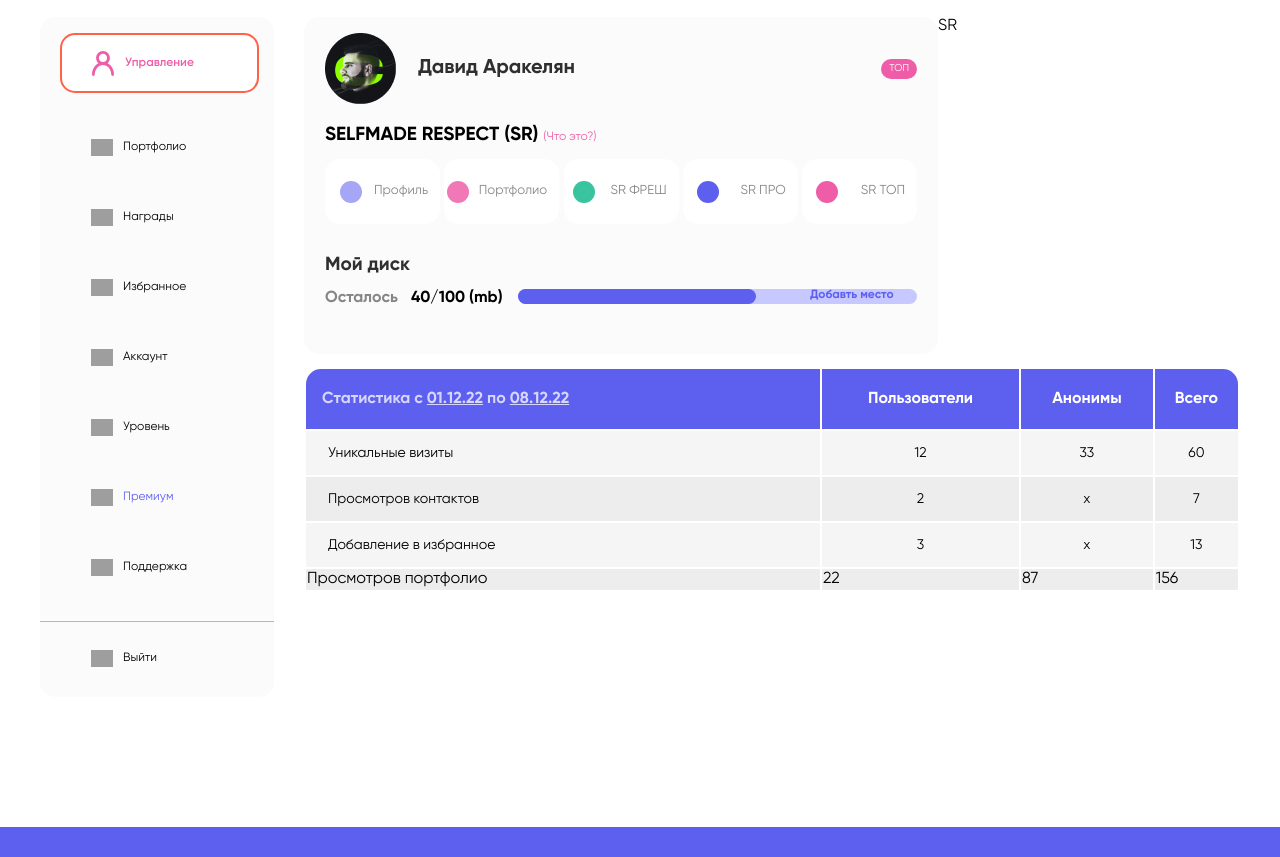
Repository: alexboagreek/selfmade
Page: index.html
An editor plug-in stored every save of this project. The page is shown before and after the next save, followed by the edit.
The browser window is 1280 px wide. The pictures show the part of the page from y = 353 to 1210 px (the page is 1719 px tall).
Pictures or frames that could not be fetched are drawn as grey boxes. A picture or video elsewhere on the page could not be fetched, so the positions and the page height are approximate.

Above is the page before, as saved 2022-12-13 16:22:08.

### index.html
<!DOCTYPE html>
<html lang="ru">
<head>
    <meta charset="UTF-8">
    <meta http-equiv="X-UA-Compatible" content="IE=edge">
    <meta name="viewport" content="width=device-width, initial-scale=1.0">
    <link rel="stylesheet" href="css/style.css">
    <link rel="icon" type="image/png" sizes="64x64" href="assets/icons/favicon.png">
    <link rel="icon" type="image/png" sizes="48x48" href="assets/icons/favicon_48.png">
    <title>Selfmade</title>
</head>
<body>
    <header class="header">
        <div class="header__container">
            <h1 class="visually-hidden">Selfmade...</h1>
            <div class="header__box">
                <div class="header__logo">
                    <a href="/"><img src="./assets/icons/header_logo.svg" alt="Логотип Selfmade"></a>
                </div>
                <div class="header__login">
                    <div class="header__alarm">
                        <img class="header__alarm_icon" src="assets/icons/bell.svg" alt="authorization bell">
                    </div>
                    <p class="user__name">Аракелян Д.</p>
                    <div class="user__login">
                        <img src="assets/icons/user_icon.svg" alt="user icon">
                    </div>
                </div>

            </div>

        </div>
    </header>

    <main class="main main__container">
        <div class="sidebar">
            <ul class="menu__list">
                <li class="menu__list_item menu__list_item_fix">
                    <button class="menu__list_button menu__button_control control__text">Управление</button>
                </li>
                <li class="menu__list_item list_item_fix">
                    <button class="menu__list_button menu__button_portfolio">Портфолио</button>
                </li>
                <li class="menu__list_item list_item_fix">
                    <button class="menu__list_button menu__button_star">Награды</button>
                </li>
                <li class="menu__list_item list_item_fix">
                    <button class="menu__list_button menu__button_like">Избранное</button>
                </li>
                <li class="menu__list_item list_item_fix">
                    <button class="menu__list_button menu__button_settings">Аккаунт</button>
                </li>
                <li class="menu__list_item list_item_fix">
                    <button class="menu__list_button menu__button_level">Уровень</button>
                </li>
                <li class="menu__list_item list_item_fix">
                    <button class="menu__list_button menu__button_premium menu__button_active">Премиум</button>
                </li>
                <li class="menu__list_item item__border list_item_fix">
                    <button class="menu__list_button menu__button_helper">Поддержка</button>
                </li>
                <li class="menu__list_item list_item_fix menu__line">
                    <button class="menu__list_button menu__button_exit">Выйти</button>
                </li>
            </ul>
        </div>
        <div class="content">
            <section class="interface">
                <div class="interface__box">
                    <div class="interface__box_header interface__line">
                        <div class="user__info">
                            <img src="assets/img/interface.png" alt="Логотип интерфейса юзера | user interface logo" class="interface__img">
                            <p class="interface__text">Давид Аракелян</p>
                        </div>
                        <div class="interface__rating">Топ</div>
                    </div>
                    <div class="selfmade__respect">
                        <h2 class="selfmade__respect_title">SELFMADE RESPECT (SR) <span class="selfmade__span">(Что это?)</span></h2>
                        <ul class="selfmade__list">
                            <li class="selfmade__list_item"><span class="selfmade__profile"></span><span class="list__text">Профиль</span></li>
                            <li class="selfmade__list_item"><span class="selfmade__portfolio"></span>Портфолио</li>
                            <li class="selfmade__list_item"><span class="selfmade__fresh"></span>SR ФРЕШ</li>
                            <li class="selfmade__list_item"><span class="selfmade__pro"></span>SR ПРО</li>
                            <li class="selfmade__list_item"><span class="selfmade__top"></span>SR ТОП</li>
                        </ul>
                    </div>
                    <div class="selfmade__disk">
                        <h3 class="selfmade__disk_title">Мой диск</h3>
                        <div class="selfmade__disk_progress">
                            <p class="selfmade__disk_text">Осталось</p>
                            <p class="selfmade__disk_value">40/100 (mb)</p>
                            <div class="progress__bar">
                                <div class="progress__cover_bar"><span class="progress__bar_text">Добавть место</span></div>
                            </div>
                        </div>
                    </div>
                </div>
                <div class="interface__respect">SR</div>
            </section>
            <section class="table">
                <table class="table__body">
                    <thead>
                      <tr>
                        <th class="table__head">Статистика с <span class="table__date">01.12.22</span> по <span class="table__date">08.12.22</span></th>
                        <th class="table__text">Пользователи</th>
                        <th class="table__text">Анонимы</th>
                        <th class="table__text table__left">Всего</th>
                      </tr>
                    </thead>
                    <tbody>
                      <tr class="table__first">
                        <td class="table__first_row">Уникальные визиты</td>
                        <td class="first__row_text">12</td>
                        <td class="first__row_text">33</td>
                        <td class="first__row_text">60</td>
                      </tr>
                      <tr class="table__second">
                        <td class="table__second_row">Просмотров контактов</td>
                        <td class="first__row_text">2</td>
                        <td class="first__row_text">x</td>
                        <td class="first__row_text">7</td>
                      </tr>
                      <tr class="table__first">
                        <td class="table__first_row">Добавление в избранное</td>
                        <td class="first__row_text">3</td>
                        <td class="first__row_text">x</td>
                        <td class="first__row_text">13</td>
                      </tr>
                      <tr  class="table__second">
                        <td>Просмотров портфолио</td>
                        <td>22</td>
                        <td>87</td>
                        <td>156</td>
                      </tr>
                    </tbody>
                  </table>
            </section>
        </div>
    </main>

  <footer class="footer">
    <div class="footer__container">
        <div class="footer__box">
            <img src="./assets/icons/footer_logo.svg" alt="Логотип Selfmade">
            <div class="footer__social">
                <ul class="footer__social_list">
                    <li class="footer__social_list_item">
                        <svg width="15" height="14" viewbox="0 0 15 14" fill="none" xmlns="http://www.w3.org/2000/svg">
                            <path d="M0.911243 6.87875L4.18677 8.10128L5.45459 12.1786C5.53572 12.4397 5.85504 12.5363 6.067 12.363L7.89283 10.8745C8.08421 10.7186 8.35682 10.7108 8.55683 10.856L11.85 13.2469C12.0767 13.4117 12.3979 13.2875 12.4548 13.0135L14.8672 1.40935C14.9293 1.11007 14.6352 0.860402 14.3502 0.970619L0.907405 6.15646C0.575664 6.2844 0.578554 6.75408 0.911243 6.87875ZM5.25027 7.4505L11.6519 3.50775C11.7669 3.43709 11.8853 3.59266 11.7865 3.6843L6.50332 8.59526C6.31761 8.76813 6.19783 8.99946 6.1639 9.25055L5.98393 10.5842C5.9601 10.7623 5.70995 10.78 5.66081 10.6077L4.96866 8.17563C4.88939 7.89823 5.00491 7.60194 5.25027 7.4505Z" fill="#5D5FEF"/>
                        </svg>
                    </li>
                    <li class="footer__social_list_item">
                        <svg width="15" height="15" viewbox="0 0 15 15" fill="none" xmlns="http://www.w3.org/2000/svg">
                            <path fill-rule="evenodd" clip-rule="evenodd" d="M4.90509 0.6828C2.54568 0.6828 0.632996 2.59548 0.632996 4.9549V10.295C0.632996 12.6544 2.54568 14.5671 4.90509 14.5671H10.2452C12.6046 14.5671 14.5173 12.6544 14.5173 10.295V4.9549C14.5173 2.59548 12.6046 0.6828 10.2452 0.6828H4.90509ZM7.57515 3.88687C5.51067 3.88687 3.83707 5.56047 3.83707 7.62496C3.83707 9.68944 5.51067 11.363 7.57515 11.363C9.63964 11.363 11.3132 9.68944 11.3132 7.62496C11.3132 5.56047 9.63964 3.88687 7.57515 3.88687ZM11.5421 4.64975C12.0898 4.64975 12.5338 4.20573 12.5338 3.65801C12.5338 3.11029 12.0898 2.66627 11.5421 2.66627C10.9944 2.66627 10.5504 3.11029 10.5504 3.65801C10.5504 4.20573 10.9944 4.64975 11.5421 4.64975Z" fill="#5D5FEF"/>
                        </svg>
                    </li>
                    <li class="footer__social_list_item">
                        <svg width="16" height="9" viewbox="0 0 16 9" fill="none" xmlns="http://www.w3.org/2000/svg">
                            <path d="M12.9479 4.91454C12.7006 4.61918 12.7714 4.48778 12.9479 4.22376C12.9511 4.22075 14.9925 1.55289 15.2028 0.648132L15.2041 0.647529C15.3086 0.317814 15.2041 0.0755005 14.6987 0.0755005H13.0263C12.6006 0.0755005 12.4043 0.283456 12.2991 0.516125C12.2991 0.516125 11.4477 2.44378 10.2431 3.69332C9.85434 4.05438 9.67462 4.17012 9.46239 4.17012C9.35787 4.17012 9.19535 4.05438 9.19535 3.72467V0.647529C9.19535 0.252112 9.07617 0.0755005 8.72373 0.0755005H6.09412C5.82709 0.0755005 5.66839 0.259948 5.66839 0.431737C5.66839 0.80666 6.27066 0.892856 6.33312 1.9477V4.23642C6.33312 4.73792 6.23689 4.83015 6.02338 4.83015C5.45489 4.83015 4.07508 2.89465 3.25739 0.679476C3.09232 0.249701 2.93108 0.0761032 2.50216 0.0761032H0.829178C0.351821 0.0761032 0.255585 0.284059 0.255585 0.516728C0.255585 0.927817 0.824079 2.97181 2.89921 5.67222C4.28221 7.51549 6.22988 8.51428 8.00164 8.51428C9.06661 8.51428 9.19663 8.29246 9.19663 7.91091C9.19663 6.14961 9.10039 5.98325 9.63383 5.98325C9.88111 5.98325 10.3068 6.09898 11.3011 6.98806C12.4374 8.04231 12.6242 8.51428 13.2602 8.51428H14.9326C15.4093 8.51428 15.6508 8.29246 15.5119 7.85485C15.1939 6.93442 13.0448 5.04112 12.9479 4.91454V4.91454Z" fill="#5D5FEF"/>
                        </svg>
                    </li>
                    <li class="footer__social_list_item">
                        <svg width="7" height="14" viewbox="0 0 7 14" fill="none" xmlns="http://www.w3.org/2000/svg">
                            <path d="M5.1126 2.93661H6.8285V0.446777H4.81141V0.455757C2.36736 0.540786 1.86645 1.89031 1.8223 3.30771H1.81727V4.55101H0.153015V6.9893H1.81727V13.5253H4.3254V6.9893H6.37996L6.77685 4.55101H4.32622V3.79984C4.32622 3.32082 4.65072 2.93661 5.1126 2.93661Z" fill="#5D5FEF"/>
                        </svg>
                    </li>
                </ul>
            </div>
        </div>
        <div class="footer__services">
            <ul class="services__list">
                <li class="services__list_item">Как работает сервис?</li>
                <li class="services__list_item">Советы от SELFMADE</li>
                <li class="services__list_item">Пользовательское соглашение</li>
                <li class="services__list_item">Почему SELFMADE</li>
                <li class="services__list_item">Помощь и поддержка</li>
            </ul>
        </div>
    </div>
    <div class="footer__copyright">
        <ul class="footer__copyright_list">
            <li class="footer__copyright_list_item footer__copy_text">© SELFMADE.TEAM 2022</li>
            <li class="footer__copyright_list_item footer__copy_text-info">ИНН 431207720494 / ОГРНИП 320508100324371</li>
            <li class="footer__copyright_list_item">
                <a class="footer__copyright_link" href="#">Политика конфиденциальности</a>
            </li>
        </ul>
    </div>

  </footer>
</body>
</html>

### css/style.css
@import 'normalize.css';
@import 'fonts.css';
@import 'default.css';
@import 'header.css';
@import 'sidebar.css';
@import 'interface.css';
@import 'table.css';
@import 'footer.css';

### css/fonts.css
@font-face {
    font-family: Gilroy;
    src: url(../assets/fonts/Gilroy-Regular.woff2) format('woff2'),
    url(../assets/fonts/Gilroy-Regular.woff) format('woff');
    font-weight: 400;
}

@font-face {
    font-family: Gilroy;
    src: url(../assets/fonts/Gilroy-Semibold.woff2) format('woff2'),
    url(../assets/fonts/Gilroy-Semibold.woff) format('woff');
    font-weight: 500;
}

@font-face {
    font-family: Gilroy;
    src: url(../assets/fonts/Gilroy-Bold.woff2) format('woff2'),
    url(../assets/fonts/Gilroy-Bold.woff) format('woff');
    font-weight: 600;
}

### css/default.css
:root {
    --color-control-text:#EF5DA8;
    --color-menu: #F0F0F0;
    --color-menu-active: #5D5FEF;
    --color-alarm: #EF5DA8;
    --color-main: #FBFBFB;
    --footer-color-main: #5D5FEF;
    --footer-color-copyright: #5556D3;
    --footer-social-color: #FFFFFF;
    --footer-copyright-link: #B6B6B6;

}

html {
  overflow-x: hidden;
  position: relative;
  box-sizing: border-box;
}

*,
*::before,
*::after {
  box-sizing: inherit;
}

body {
  display: flex;
  flex-direction: column;
  min-width: 320px;
  height: 100%;
  font-family: Gilroy, sans-serif;
  background-color: #FFFFFF;
  font-size: 16px;
  overflow-x: hidden;
  position: relative;
}

img,
svg {
  max-width: 100%;
  max-height: 100%;
  height: auto;
}

button {
  padding: 0;
  cursor: pointer;
  border: none;
  background-color: transparent;
}

a {
  text-decoration: none;
  color: inherit;
}

ul {
  list-style: none;
  padding: 0;
  margin: 0;
}

h1,
h2,
h3,
p,
figure,
fieldset {
  margin: 0;
}

iframe {
  border: none;
}

fieldset {
  padding: 0;
  border: 0;
}

.visually-hidden {
  position: fixed;
  transform: scale(0);
}

.container {
    max-width: 1400px;
    padding: 0 100px;
    margin: 0 auto;
}

### css/header.css
.header {
    padding-top: 28px;
    padding-bottom: 37px;
    flex: 0 0 auto;
    background-color: #FFFFFF;
}

.header__box {
    display: flex;
    justify-content: space-between;
    align-items: center;
}

.header__container {
    max-width: 1500px;
    margin: 0 auto;
    padding: 0 100px;
}

.header__alarm {
    position: relative;
    margin-right: 11px;
}

.header__alarm::after {
    position: absolute;
    top: 0;
    content: '';
    width: 5px;
    height: 5px;
    background-color: var(--color-alarm);
    border-radius: 50%;
}
.user__name {
    margin-right: 6px;
}

.header__login {
    display: flex;
    align-items: center;
}

.user__login {
    cursor: pointer;
}

.services__list_item {
    cursor: pointer;
}

### css/sidebar.css
.main {
    display: flex;
}

.main__container {
    max-width: 1200px;
    margin: 0 auto;
}

.sidebar {
    display: flex;
    justify-content: center;
    width: 234px;
    border-radius: 15px;
    background-color: var(--color-main);
    margin-bottom: 130px;
    margin-right: 30px;
}

.menu__list_button {
    font-size: 12px;
    line-height: 16px;
    padding: 7px 8px 7px 40px;
    background-size: 22px;
    background-position: 8px center;
    background-repeat: no-repeat;
    border-radius: 50px;
    border: 1px solid transparent;
    white-space: nowrap;
    outline: none;
    margin-bottom: 38px;
}

.menu__list_item_fix {
    display: flex;
    padding-left: 20px;
    align-items: flex-start;
}

.menu__button_active {
    color: var(--color-menu-active);
}

.menu__button_control {
    width: 199px;
    margin-top: 16px;
    border-radius: 15px;
    border: 2px solid tomato;
    padding: 20px;
    background-color: #FFFFFF;
    background-image: url('../assets/icons/user__icon.svg');
    background-position: calc(30px);
}

.control__text {
    font-weight: 500;
    color: var(--color-control-text);
}

.menu__button_portfolio {
    background-image: url('../assets/icons/portfolio_icon.svg');
}
.menu__button_star {
    background-image: url('../assets/icons/star_icon.svg');
}

.menu__button_like {
    background-image: url('../assets/icons/like_icon.svg');
}
.menu__button_settings {
    background-image: url('../assets/icons/settings_icon.svg');
}
.menu__button_level {
    background-image: url('../assets/icons/level_icon.svg');
}
.menu__button_premium {
    background-image: url('../assets/icons/premium_icon.svg');
}

.menu__button_helper {
    background-image: url('../assets/icons/helper_icon.svg');
}

.menu__line {
    width: 234px;
    border-top: 1px solid var(--footer-copyright-link);
}
.menu__button_exit {
    background-image: url('../assets/icons/exit_icon.svg');
    margin-top: 20px;
    margin-bottom: 23px;
}

.list_item_fix {
    padding-left: 42px;
}

### css/interface.css

.interface {
    display: flex;
    margin-bottom: 13px;
}

.interface__box {
    border-radius: 15px;
    padding: 16px 21px;
    width: 634px;
    background-color: var(--color-main);
}

.interface__box_header {
    display: flex;
    justify-content: space-between;
    align-items: center;
    margin-bottom: 19px;
}

.user__info {
    display: flex;
    align-items: center;
}

.interface__text {
    font-weight: 700;
    font-size: 20px;
    margin-left: 22px;
    line-height: 1.06;
    color: #2F2F2F;
}

.interface__rating {
    padding: 4px 8px;
    border-radius: 47px;
    color: #FFFFFF;
    background-color: var( --color-control-text);
    font-size: 10px;
    text-transform: uppercase;
}
.selfmade__respect_title {
    margin-bottom: 10px;
    font-weight: 600;
    font-size: 19px;
    line-height: 23px;
}

.selfmade__span {
    font-weight: 400;
    font-size: 12px;
    color: var(--color-control-text);
}

.selfmade__list {
    display: flex;
    justify-content: space-between;
    position: relative;
   text-align: end;
    margin-bottom: 30px;
}

.selfmade__list_item {
    position: relative;
    width: 115px;
    color: #868686;
    font-size: 13px;
    background-color: #FFFFFF;
    padding: 25px 12px;
    border-radius: 15px;

}

.selfmade__profile {
    top: 22px;
    left: 15px;
    position: absolute;
    display: block;
    border-radius: 50%;
    width: 22px;
    height: 22px;
    background-color: #A5A6F6;
}

.selfmade__portfolio {
    top: 22px;
    left: 3px;
    position: absolute;
    display: block;
    border-radius: 50%;
    width: 22px;
    height: 22px;
    background-color: #F178B6;
}

.selfmade__fresh{
    top: 22px;
    left: 9px;
    position: absolute;
    display: block;
    border-radius: 50%;
    width: 22px;
    height: 22px;
    background-color: #3AC39F;
}

.selfmade__pro {
    top: 22px;
    left: 14px;
    position: absolute;
    display: block;
    border-radius: 50%;
    width: 22px;
    height: 22px;
    background-color: #5D5FEF;
}

.selfmade__top {
    top: 22px;
    left: 14px;
    position: absolute;
    display: block;
    border-radius: 50%;
    width: 22px;
    height: 22px;
    background-color: #EF5DA8;
}
.selfmade__disk_title {
    font-size: 19px;
    font-weight: 600;
    color: #2F2F2F;
    margin-bottom: 13px;
}
.selfmade__disk_text {
    font-size: 16px;
    font-weight: 600;
    color:#868686;
    margin-right: 13px;
}

.selfmade__disk_value {
    font-size: 16px;
    font-weight: 600;
    margin-right: 15px;
    white-space: nowrap;
}
.selfmade__disk_progress {
    display: flex;
}

.progress__bar {
    position: relative;
    display: flex;
    align-items: center;
    width: 398px;
    width: 100%;
    background-color: #C7C8FF;
    border-radius: 63px;
    height: 15px;
}

.progress__cover_bar {
    position: absolute;
    width: 238px;
    background-color: #5D5FEF;
    border-radius: 63px;
    height: 15px;
}

.progress__bar_text {
    position: absolute;
    display: block;
    font-weight: 600;
    font-size: 12px;
    color: #5D5FEF;
    right: -138px;
}

.selfmade__disk {
    margin-bottom: 30px;
}

### css/table.css
.table__body {
    width: 936px;
}

.table__head {
    padding: 21px 16px;
    background-color: #5D5FEF;
    text-align: left;
    color: #D6D6FF;
    border-top-left-radius: 15px;
}

.table__text {
    background-color: #5D5FEF;
    color: #FFFFFF;
}

.table__left {
    border-top-right-radius: 15px;
}

.table__date {
    cursor: pointer;
    text-decoration: underline;
}

.table__first {
    background-color:#F5F5F5;
    font-weight: 400;
}

.table__first_row {
    font-size: 14px;
    padding: 14px 22px;
}

.table__second {
    background-color: #EDEDED;
    ;
    font-weight: 400;
}
.first__row_text {
    text-align: center;
    font-size: 14px;
}

.table__second_row {
    font-size: 14px;
    padding: 14px 22px;
}

### css/footer.css
.footer {
    flex: 0 0 auto;
}

.footer__container {
    padding: 50px 140px 0px 140px;
    background-color: var(--footer-color-main);
}

.footer__box {
    display: flex;
    justify-content: space-between;
    background-color: var(--footer-color-main);
    margin-bottom: 50px;
}

.footer__social_list_item {
    display: flex;
    align-items: center;
    justify-content: center;
    width: 29px;
    height: 29px;
    background-color: var(--footer-social-color);
    border-radius: 50%;
    margin-right: 19px;
    cursor: pointer;
}

.footer__social_list_item:last-child {
    margin-right: 0;
}

.footer__social_list {
    display: flex;
}

.footer__services {
    padding-bottom: 41px;
}

.services__list {
    display: flex;
    justify-content: space-between;
}
.services__list_item {
    font-size: 16px;
    font-weight: 500;
    color: var(--footer-social-color);
}

.footer__copyright {
    padding: 30px 140px;
    border-top: 1px solid #FFFFFF;
    background-color: var(--footer-color-copyright);
}

.footer__copyright_list {
    display: flex;
    justify-content: space-between;
}

.footer__copy_text {
    font-weight: 500;
    line-height: 16px;
    color: var(--footer-social-color);
}

.footer__copy_text-info {
    font-weight: 400;
    color: var(--footer-social-color);
}
.footer__copyright_link {
    color: var(--footer-copyright-link);
}

Loaded but not shown: css/normalize.css (library)

After the next save:
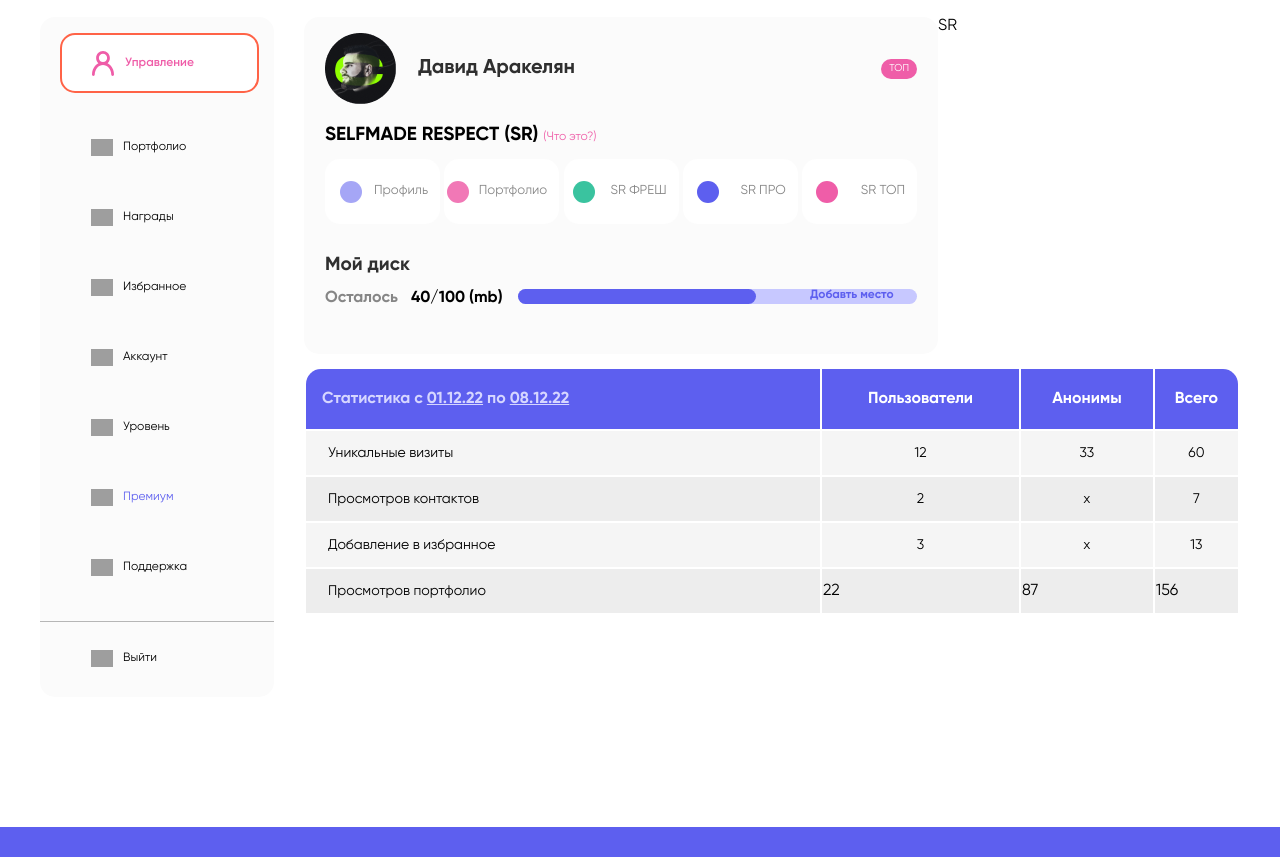
Saved 15 s later.
--- a/index.html
+++ b/index.html
@@ -127,7 +127,7 @@
                         <td class="first__row_text">13</td>
                       </tr>
                       <tr  class="table__second">
-                        <td>Просмотров портфолио</td>
+                        <td class="table__second_row">Просмотров портфолио</td>
                         <td>22</td>
                         <td>87</td>
                         <td>156</td>
